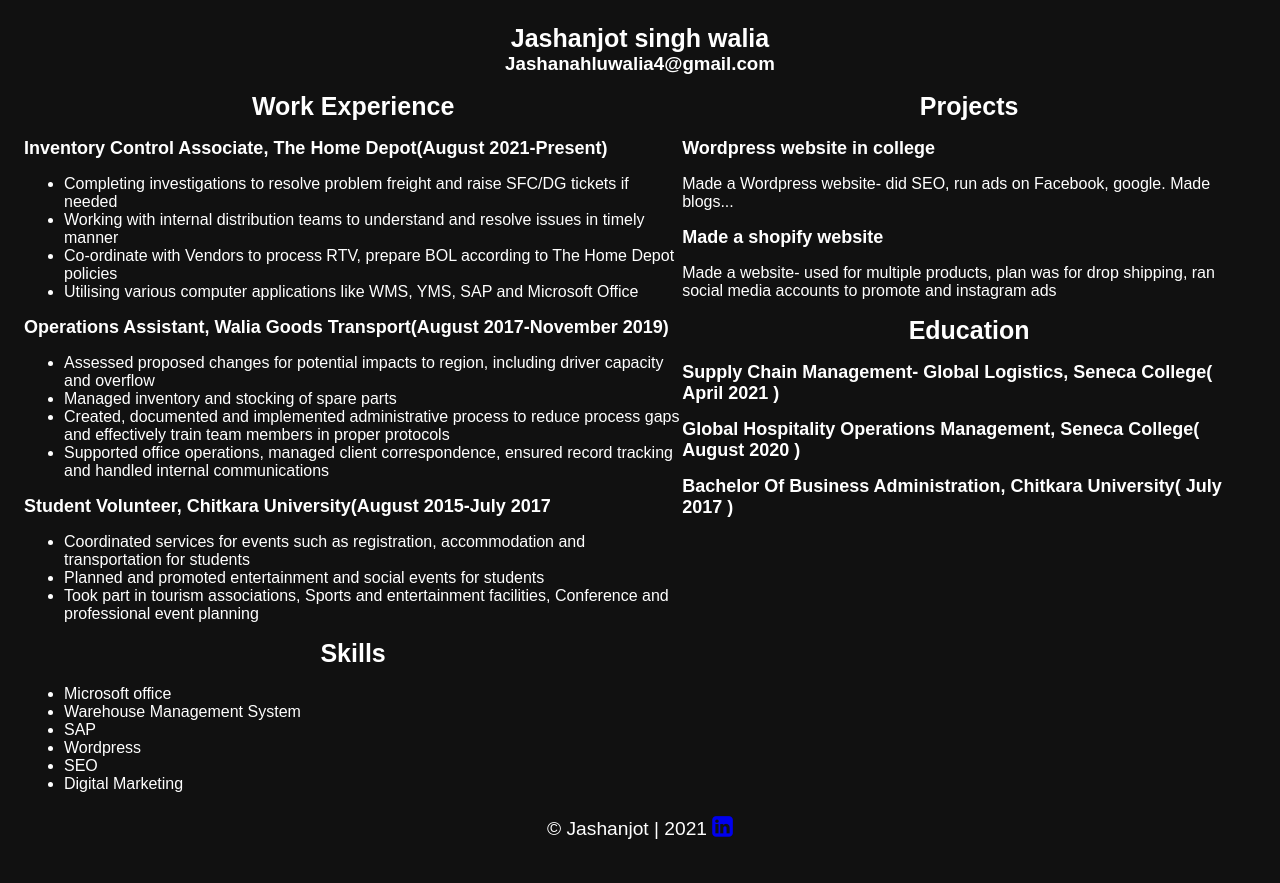
Repository: jashn13/portfolio
Page: index.html
An editor plug-in stored every save of this project. The page is shown before and after a run of saves, followed by the edit.
The browser window is 1280 px wide. The pictures show the whole page.

Above is the page before, as saved 2021-11-13 08:38:42.

### index.html
<!DOCTYPE html>
<html>
  <head>
    <link
      rel="stylesheet"
      href="https://cdnjs.cloudflare.com/ajax/libs/font-awesome/4.7.0/css/font-awesome.min.css"
    />
    <style>
      .heading {
        margin: auto;
        text-align: center;
      }
      h1 {
        text-align: center;
        font-size: 25px;
      }
      h2 {
        text-align: left;
        font-size: 18px;
      }

      body {
        margin: 24px;
        font-family: Arial;
        color: white;
        background-color: #111;
      }

      .centered {
        position: absolute;
        top: 50%;
        left: 50%;
        transform: translate(-50%, -50%);
        text-align: center;
      }
      footer {
        position: relative;

        height: 50px;
        width: 100%;
      }

      p.copyright {
        position: absolute;
        width: 100%;
        color: #fff;
        font-size: 1.2em;
        text-align: center;
        bottom: 0;
      }
    </style>
  </head>
  <body>
    <h1 class="heading">Jashanjot singh walia</h1>
    <h3 class="heading">Jashanahluwalia4@gmail.com</h3>
    <div style="display: flex;">
      <div class="split left">
        <h1>Work Experience</h1>
        <h2>
          Inventory Control Associate, The Home Depot(August 2021-Present)
        </h2>
        <ul>
          <li>
            Completing investigations to resolve problem freight and raise
            SFC/DG tickets if needed
          </li>
          <li>
            Working with internal distribution teams to understand and resolve
            issues in timely manner
          </li>
          <li>
            Co-ordinate with Vendors to process RTV, prepare BOL according to
            The Home Depot policies
          </li>
          <li>
            Utilising various computer applications like WMS, YMS, SAP and
            Microsoft Office
          </li>
        </ul>
        <h2>
          Operations Assistant, Walia Goods Transport(August 2017-November 2019)
        </h2>
        <ul>
          <li>
            Assessed proposed changes for potential impacts to region, including
            driver capacity and overflow
          </li>
          <li>Managed inventory and stocking of spare parts</li>
          <li>
            Created, documented and implemented administrative process to reduce
            process gaps and effectively train team members in proper protocols
          </li>
          <li>
            Supported office operations, managed client correspondence, ensured
            record tracking and handled internal communications
          </li>
        </ul>

        <h2>Student Volunteer, Chitkara University(August 2015-July 2017</h2>
        <ul>
          <li>
            Coordinated services for events such as registration, accommodation
            and transportation for students
          </li>
          <li>
            Planned and promoted entertainment and social events for students
          </li>
          <li>
            Took part in tourism associations, Sports and entertainment
            facilities, Conference and professional event planning
          </li>
        </ul>
        <h1>Skills</h1>
        <ul>
          <li>Microsoft office</li>
          <li>Warehouse Management System</li>
          <li>SAP</li>
          <li>Wordpress</li>
          <li>SEO</li>
          <li>Digital Marketing</li>
        </ul>
      </div>

      <div class="split right">
        <h1>Projects</h1>
        <h2>Wordpress website in college</h2>
        <p>
          Made a Wordpress website- did SEO, run ads on Facebook, google. Made
          blogs...
        </p>
        <h2>Made a shopify website</h2>
        <p>
          Made a website- used for multiple products, plan was for drop
          shipping, ran social media accounts to promote and instagram ads
        </p>
        <h1>Education</h1>
        <h2>
          Supply Chain Management- Global Logistics, Seneca College( April 2021
          )
        </h2>
        <h2>
          Global Hospitality Operations Management, Seneca College( August 2020
          )
        </h2>
        <h2>
          Bachelor Of Business Administration, Chitkara University( July 2017 )
        </h2>
      </div>
    </div>
    <footer>
      <p class="copyright">
        © Jashanjot | 2021
        <a href="https://linkedin.com/in/jashanjot-singh-walia" target="_blank"
          ><i
            class="fa fa-linkedin-square"
            style="font-size:24px;cursor: icon;"
          ></i
        ></a>
      </p>
    </footer>
  </body>
</html>

After the next 2 saves:
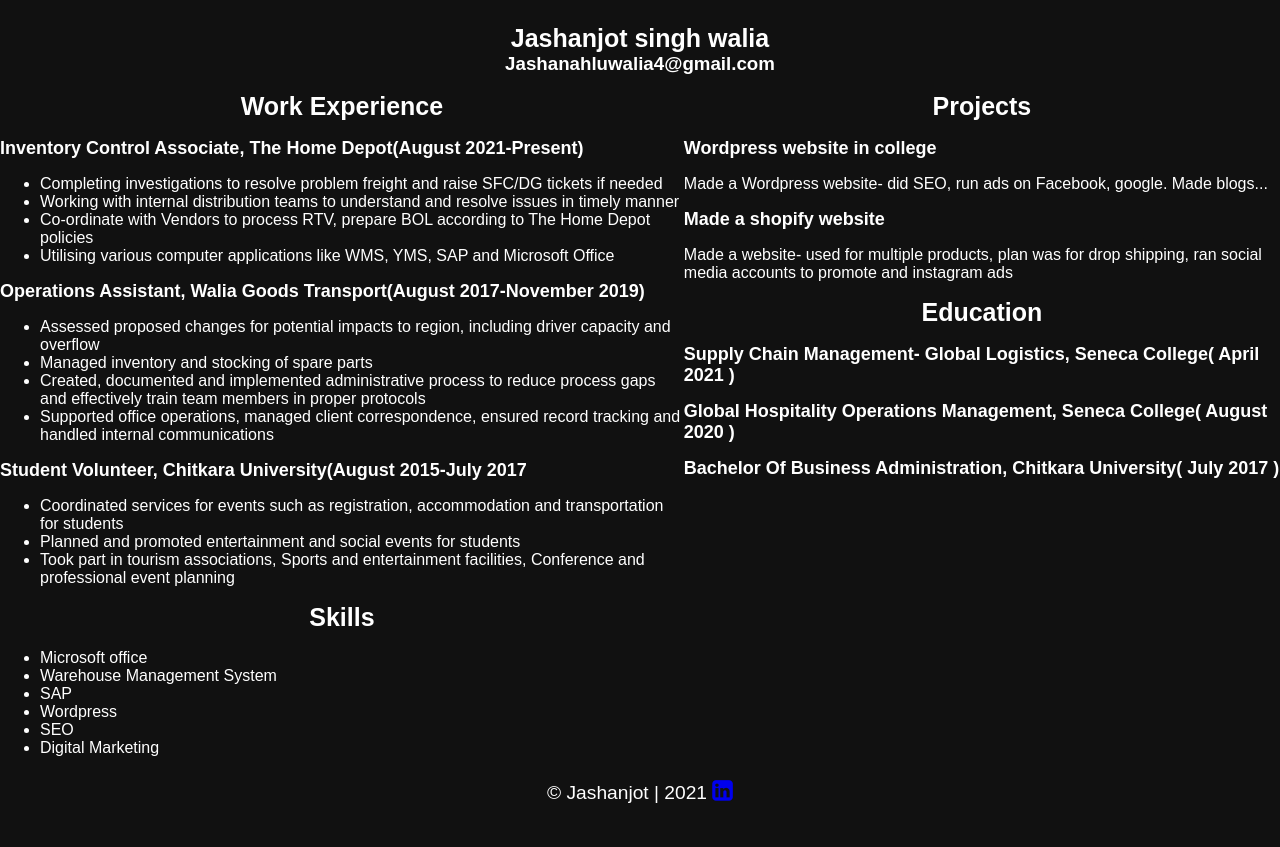
The 2 saves are shown as one change because they came seconds apart.
The last was saved 12 s later.
--- a/index.html
+++ b/index.html
@@ -20,7 +20,7 @@
       }
 
       body {
-        margin: 24px;
+        margin: 24px 0px;
         font-family: Arial;
         color: white;
         background-color: #111;
